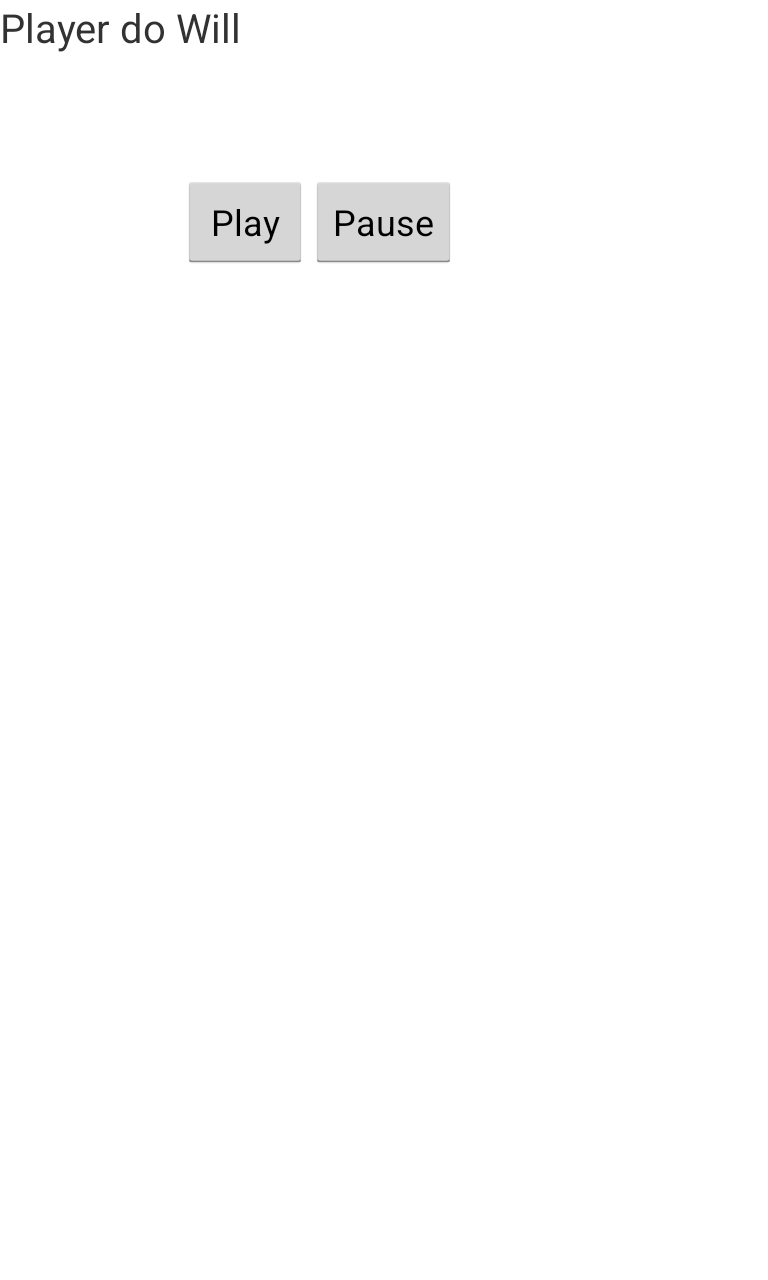
Repository: thiagopsilva/Android-book
Layout: Som/res/layout/activity_som.xml
An editor plug-in stored every save of this project. The layout is shown before and after the next save, followed by the edit.
It is drawn on a 768 x 1280 px phone screen (xhdpi) without system bars, with theme AppTheme; the app's code is not run.

Above is the layout before, as saved 2012-12-14 17:44:29.

### Som/res/layout/activity_som.xml
<?xml version="1.0" encoding="utf-8"?>
<LinearLayout xmlns:android="http://schemas.android.com/apk/res/android"
	android:layout_width="fill_parent"
	android:layout_height="fill_parent"
	android:orientation="vertical" >

	<TextView
		android:layout_width="fill_parent"
		android:layout_height="wrap_content"
		android:text="Player do Will"
		android:textSize="20sp"/>

<LinearLayout
	android:id="@+id/linearLayout1"
	android:layout_width="match_parent"
	android:layout_height="60sp"
	android:gravity="center"
	android:orientation="horizontal">

	<ImageView
		android:id="@+id/imageView1"
		android:layout_width="wrap_content"
		android:layout_height="60sp" />

</LinearLayout>

<LinearLayout
	android:id="@+id/linearLayout2"
	android:layout_width="match_parent"
	android:layout_height="wrap_content" android:orientation="horizontal" android:gravity="center">

	<Button
		android:id="@+id/bttocar"
		android:layout_width="wrap_content"
		android:layout_height="wrap_content"
		android:text="Play" />

	<Button
		android:id="@+id/btpausar"
		android:layout_width="wrap_content"
		android:layout_height="wrap_content"
		android:text="Pause" />

	<Button
	    android:id="@+id/btstop"
	    android:layout_width="wrap_content"
	    android:layout_heigth="wrap_content"
	    android:text="stop"/>

</LinearLayout>

</LinearLayout>

Loaded but not shown: Som/res/values/styles.xml (common file); Som/res/values-v11/styles.xml (common file); Som/res/values-v14/styles.xml (common file)

After the next save:
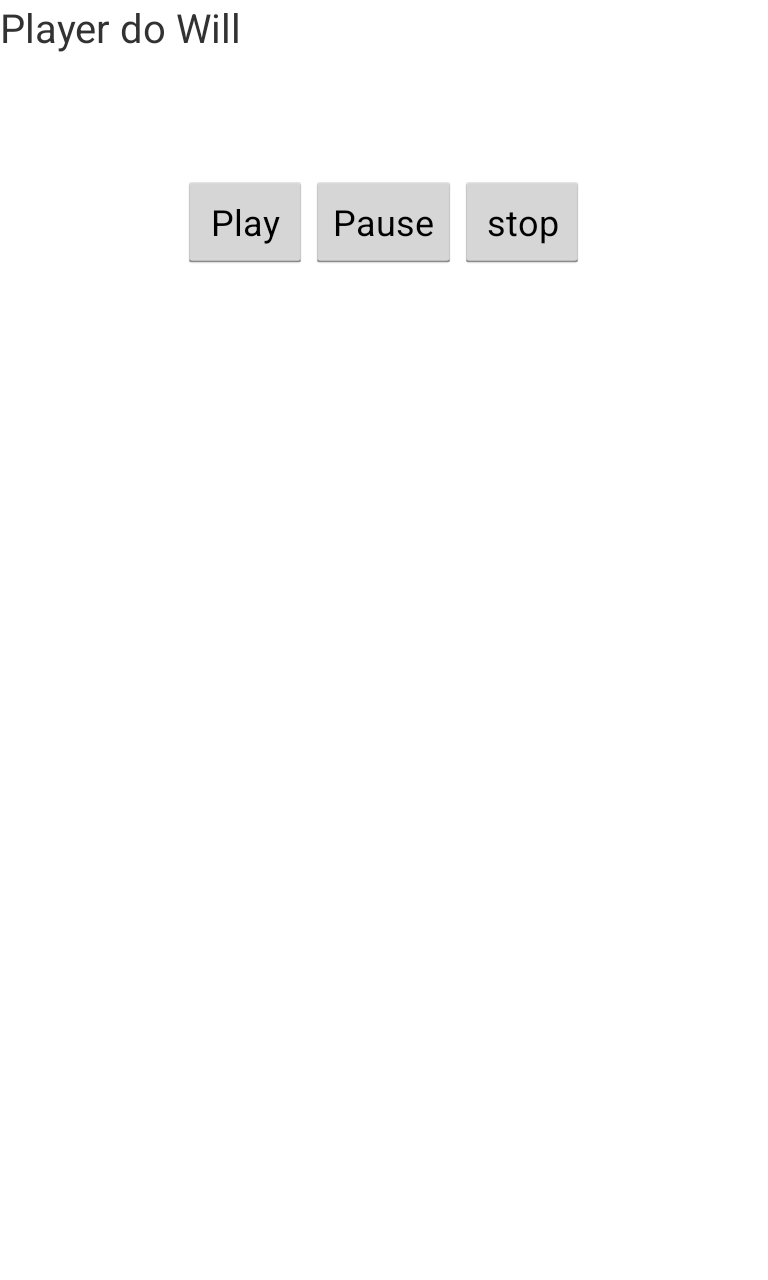
Saved 34 s later.
--- a/Som/res/layout/activity_som.xml
+++ b/Som/res/layout/activity_som.xml
@@ -44,7 +44,7 @@
 	<Button
 	    android:id="@+id/btstop"
 	    android:layout_width="wrap_content"
-	    android:layout_heigth="wrap_content"
+	    android:layout_height="wrap_content"
 	    android:text="stop"/>
 
 </LinearLayout>
